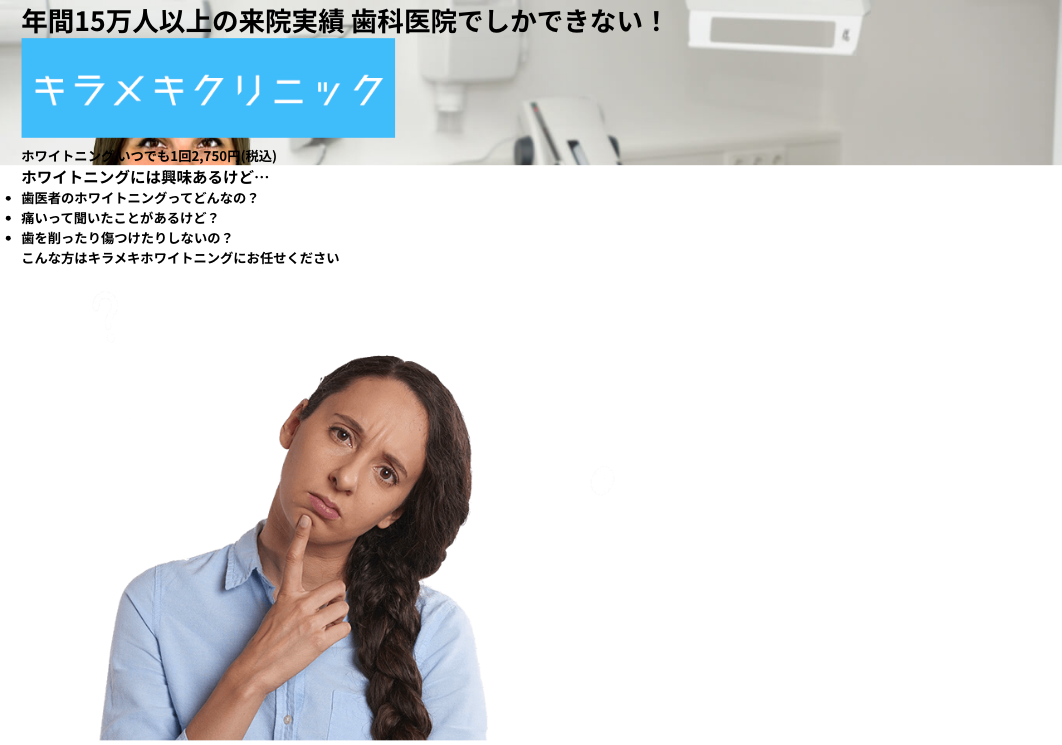
Repository: ryu-nuno/tech_academy_subwork
Page: first/index.html
The author's editor kept a record of every edit. The page is drawn from the files as they stood at one moment, then again after the next edit.
The browser window is 1280 px wide. The pictures show the whole page, at 83% of full size.
Some web libraries are served in a nearby version.

Above is the page before.

### first/index.html
<!DOCTYPE html>
<html lang="ja">

  <head>
    <title>first</title>
  <meta charset="utf-8">
  <meta name="description" content="kirameki clinic">
  <meta name="viewport" content="width=device-width, initial-scale=1">
  <meta property="og:site_name" content="キラメキクリニック｜歯科医院でホワイトニング" />
  <meta property="og:title" content="キラメキクリニック｜歯科医院でホワイトニング">
  <meta property="og:description" content="キラメキクリニックは、年間15万人以上の来院実績がある歯科医院です。有資格者によるプロの施術を1回2,750円〜で手軽にホワイトニングができます。ホワイトニングをしてみたい方はお問い合わせの上ぜひご来院ください！">
  <meta property="og:type" content="article">
  <meta property="og:url" content="https://demo.techacademy.jp/sidejob-selfstudy1/">
  <meta property="og:image" content="https://demo.techacademy.jp/sidejob-selfstudy1/images/main_pc.jpg">
  <meta property="og:locale" content="ja_JP">
  <link rel="stylesheet" href="assets/ress/ress.min.css">
  <link rel="stylesheet" href="css/style.css">
  <script src="https://kit.fontawesome.com/ab2670e4fc.js" crossorigin="anonymous"></script>
  </head>

  <body>
    <header class="container">
    <div class="contents_width">
      <div class="wrapper">
        <h1>
          <span>年間15万人以上の来院実績</span>
          <span>歯科医院でしかできない！</span>
          <img src="images/logo_top.png" alt="キラメキクリニック">
        </h1>
        <p>
          <span>ホワイトニング</span>
          <span>いつでも1回2,750円(税込)</span>
        </p>
      </div>
    </div>
  </header>

  <section class="interest bg_stripe container">
    <div class="contents_width">
      <h3>ホワイトニングには興味あるけど…</h3>
      <ul>
        <li>歯医者のホワイトニングってどんなの？</li>
        <li>痛いって聞いたことがあるけど？</li>
        <li>歯を削ったり傷つけたりしないの？</li>
      </ul>
      <p>こんな方はキラメキホワイトニングにお任せください</p>
      <img src="images/thinking_w.png" alt="ホワイトニングの疑問イメージ">
    </div>
  </section>
  </body>

### first/assets/ress/ress.min.css
/*!
 * ress.css • v4.0.0
 * MIT License
 * github.com/filipelinhares/ress
 */html{box-sizing:border-box;-webkit-text-size-adjust:100%;word-break:normal;-moz-tab-size:4;tab-size:4}*,:after,:before{background-repeat:no-repeat;box-sizing:inherit}:after,:before{text-decoration:inherit;vertical-align:inherit}*{padding:0;margin:0}hr{overflow:visible;height:0;color:inherit}details,main{display:block}summary{display:list-item}small{font-size:80%}[hidden]{display:none}abbr[title]{border-bottom:none;text-decoration:underline;text-decoration:underline dotted}a{background-color:transparent}a:active,a:hover{outline-width:0}code,kbd,pre,samp{font-family:monospace,monospace}pre{font-size:1em}b,strong{font-weight:bolder}sub,sup{font-size:75%;line-height:0;position:relative;vertical-align:baseline}sub{bottom:-.25em}sup{top:-.5em}table{border-color:inherit;text-indent:0}input{border-radius:0}[disabled]{cursor:default}[type=number]::-webkit-inner-spin-button,[type=number]::-webkit-outer-spin-button{height:auto}[type=search]{-webkit-appearance:textfield;outline-offset:-2px}[type=search]::-webkit-search-decoration{-webkit-appearance:none}textarea{overflow:auto;resize:vertical}button,input,optgroup,select,textarea{font:inherit}optgroup{font-weight:700}button{overflow:visible}button,select{text-transform:none}[role=button],[type=button],[type=reset],[type=submit],button{cursor:pointer;color:inherit}[type=button]::-moz-focus-inner,[type=reset]::-moz-focus-inner,[type=submit]::-moz-focus-inner,button::-moz-focus-inner{border-style:none;padding:0}[type=button]::-moz-focus-inner,[type=reset]::-moz-focus-inner,[type=submit]::-moz-focus-inner,button:-moz-focusring{outline:1px dotted ButtonText}[type=reset],[type=submit],button,html [type=button]{-webkit-appearance:button}button,input,select,textarea{background-color:transparent;border-style:none}a:focus,button:focus,input:focus,select:focus,textarea:focus{outline-width:0}select{-moz-appearance:none;-webkit-appearance:none}select::-ms-expand{display:none}select::-ms-value{color:currentColor}legend{border:0;color:inherit;display:table;white-space:normal;max-width:100%}::-webkit-file-upload-button{-webkit-appearance:button;color:inherit;font:inherit}img{border-style:none}progress{vertical-align:baseline}[aria-busy=true]{cursor:progress}[aria-controls]{cursor:pointer}[aria-disabled=true]{cursor:default}

### first/css/style.css
@charset "UTF-8"; /* 文字コードの指定 */
@import url('https://fonts.googleapis.com/css2?family=Noto+Sans+JP:wght@400;700;900&display=swap');
@import url('https://fonts.googleapis.com/css2?family=Noto+Serif+JP:wght@400;700&display=swap');


body {
    font-family: 'Noto Sans JP',sans-serif;
    font-weight: 900;
    color: #000000;
}

header{
  background-image: url(../img/main_pc.jpg);
  height: 50.073vw;
  background-size: cover;

}

.container{

  padding: 0 1.6rem;
  height: 100%;
  align-items:center;
}

.content-width{
  display: flex;
  justify-content: flex-end;
}

header .header-content span{
  display: inline-block;
}

After the next edit:
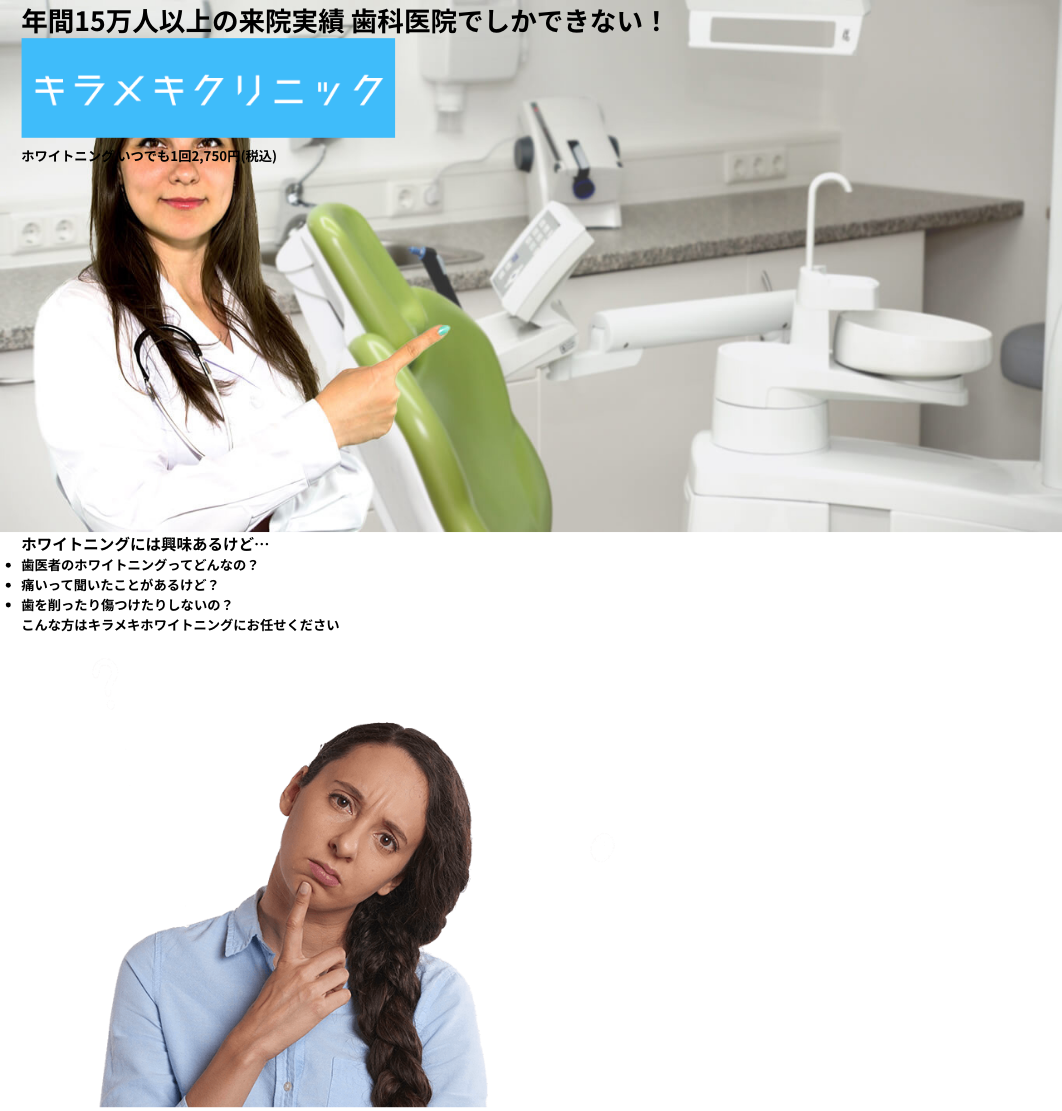
The edit:
--- a/first/css/style.css
+++ b/first/css/style.css
@@ -19,8 +19,7 @@
 .container{
 
   padding: 0 1.6rem;
-  height: 100%;
-  align-items:center;
+
 }
 
 .content-width{
